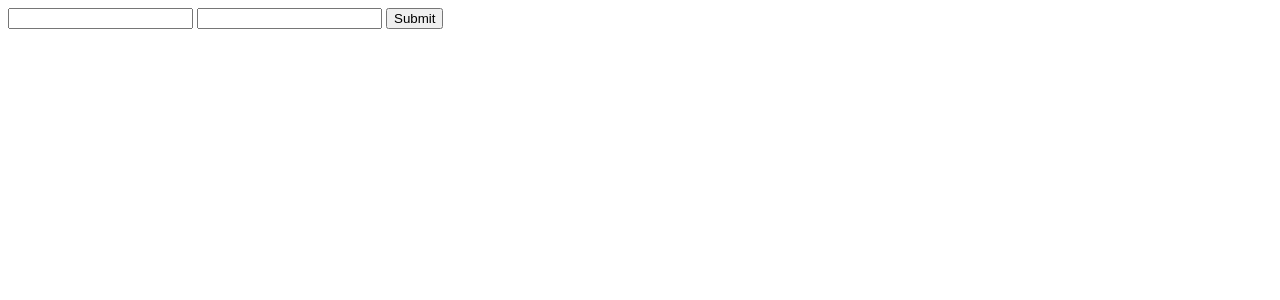
Repository: BAYA2200/beam_task_without_ai
Page: http://localhost/postcreate
These files come from the project's save history. The page is drawn as it stood at one moment and after the next save; the edit follows.
The browser window is 1280 px wide. The pictures show the whole page.
The page is served by the project's Laravel application, run on PHP 8.4 with Laravel 12.

Above is the page before, as saved 2026-10-16 10:21:35.

After the next save:
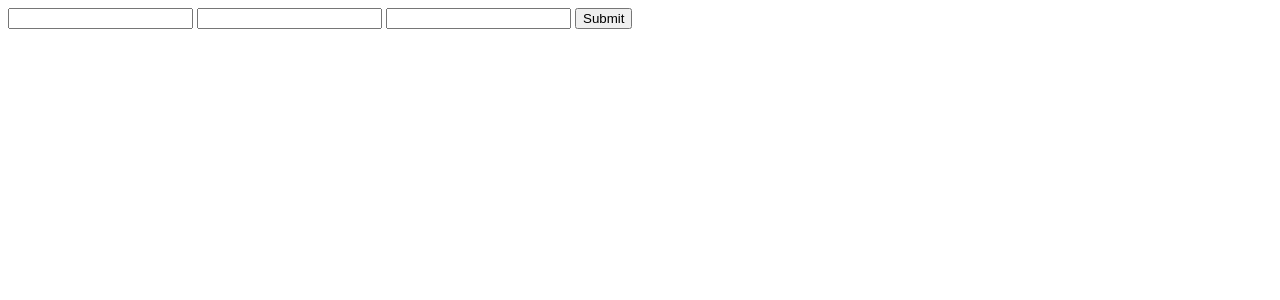
Saved 79 s later.
--- a/resources/views/post/create.blade.php
+++ b/resources/views/post/create.blade.php
@@ -2,6 +2,7 @@
 	@csrf
 	<input name="name">
 	<input name="discription">
+    <input name="user_id">
 
 	<input type="submit">
 </form>
